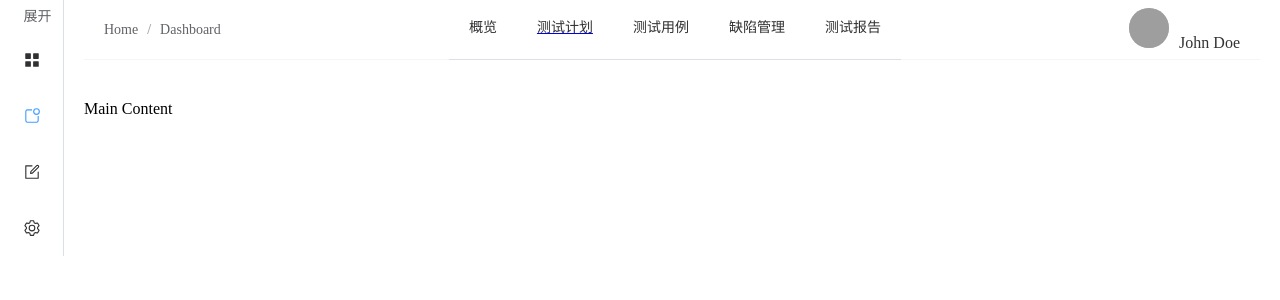
Repository: IsHexx/VerityX
Page: /home (app in front/)
These files come from the project's save history. The page is drawn as it stood at one moment and after the next save; the edit follows.
The browser window is 1280 px wide. The pictures show the whole page.
Pictures or frames that could not be fetched are drawn as grey boxes. The project was rebuilt for these pictures with package versions that can differ from the ones it lists, and the page was loaded fresh each time. Also part of the build but not shown: front/vue.config.js, front/src/components/UserlLogin.vue, front/src/views/TestManage/TestPlanPage.vue.

Above is the page before, as saved 2024-10-09 16:52:24.

After the next save:
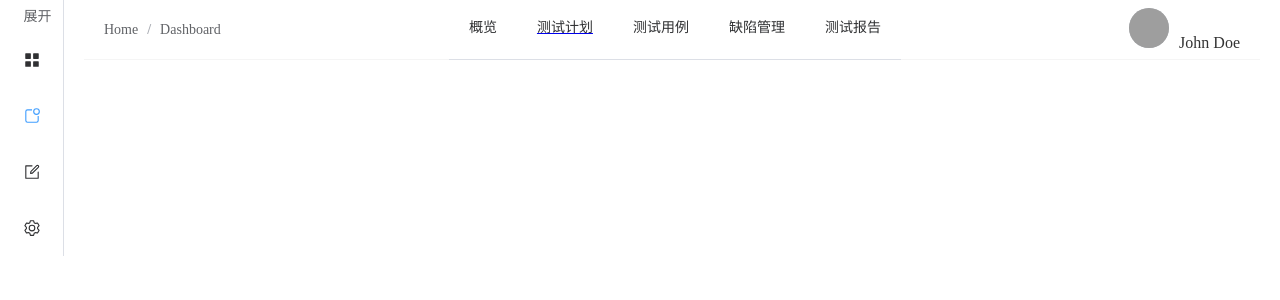
Saved 3 min 29 s later.
--- a/front/src/views/HomePage.vue
+++ b/front/src/views/HomePage.vue
@@ -16,7 +16,7 @@
 
           <!-- Main 部分 -->
           <el-main>
-            Main Content
+            <router-view></router-view>
           </el-main>
         </el-container>
       </el-container>
